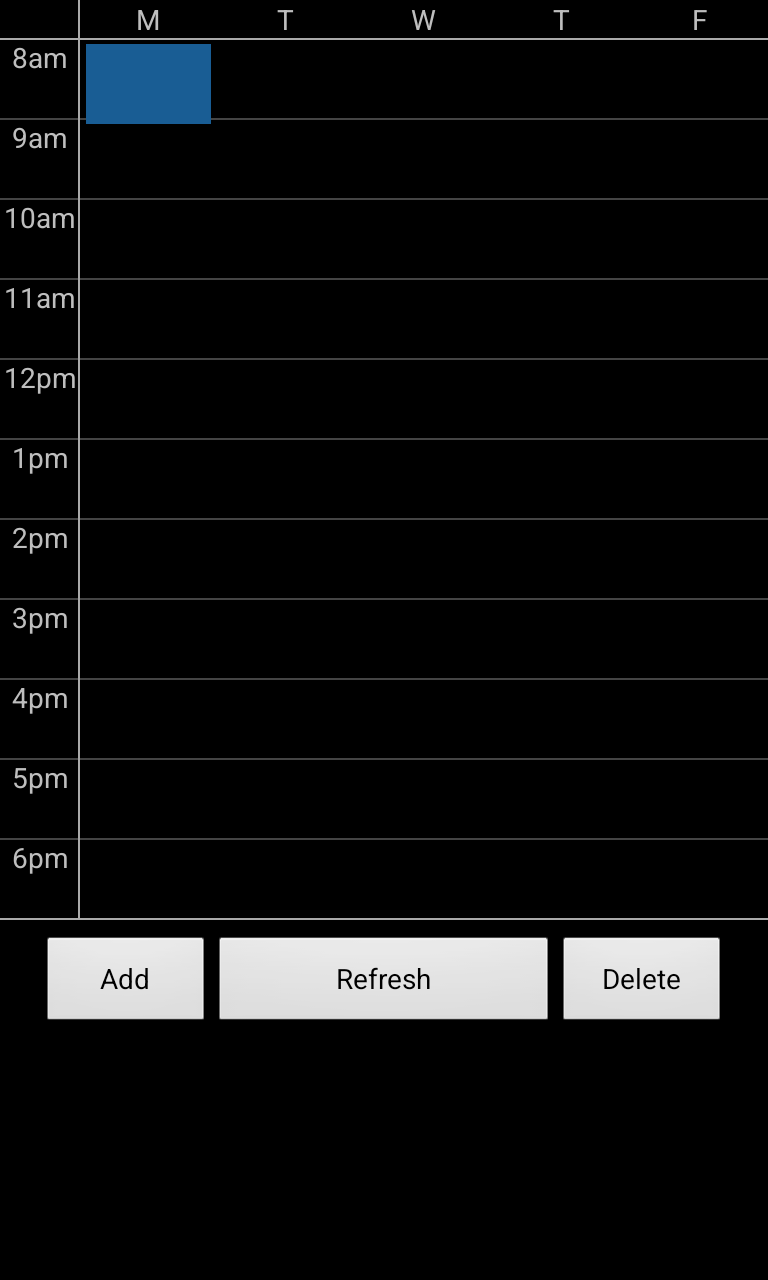
Repository: appsfactory/OfficeHours
Layout: OfficeHoursClient/res/layout/activity_schedule_view.xml
These files come from the project's save history. The layout is drawn as it stood at one moment and after the next save; the edit follows.
It is drawn on a 768 x 1280 px phone screen (xhdpi) without system bars, with theme AppTheme; the app's code is not run.

Above is the layout before, as saved 2012-09-27 17:55:36.

### OfficeHoursClient/res/layout/activity_schedule_view.xml
<?xml version="1.0" encoding="utf-8"?>
<LinearLayout xmlns:android="http://schemas.android.com/apk/res/android"
    android:layout_width="fill_parent"
    android:layout_height="wrap_content"
    android:orientation="vertical" >


    <RelativeLayout
        android:id="@+id/relativeLayout1"
        android:layout_width="match_parent"
        android:layout_height="wrap_content" >

        <TextView android:background="#aaa" android:layout_width = "1dp" android:layout_height="wrap_content" android:layout_marginTop="0dp" android:layout_marginLeft="39dp" android:text=" "/>

		<!-- HEADERS -->
        <LinearLayout
            android:id="@+id/linearLayout1"
            android:layout_width="wrap_content"
            android:layout_height="wrap_content"
            android:layout_alignParentLeft="true"
            android:layout_alignParentRight="true"
            android:layout_alignParentTop="true" >

            <TextView
                android:id="@+id/mon_header"
                android:layout_width="0dp"
                android:layout_height="wrap_content"
                android:layout_marginLeft="40dp"
                android:layout_weight="2"
                android:gravity="center"
                android:text="M" />

            <TextView
                android:id="@+id/tue_header"
                android:layout_width="0dp"
                android:layout_height="wrap_content"
                android:layout_weight="2"
                android:gravity="center"
                android:text="T" />

            <TextView
                android:id="@+id/wed_header"
                android:layout_width="0dp"
                android:layout_height="wrap_content"
                android:layout_weight="2"
                android:gravity="center"
                android:text="W" />

            <TextView
                android:id="@+id/thu_header"
                android:layout_width="0dp"
                android:layout_height="wrap_content"
                android:layout_weight="2"
                android:gravity="center"
                android:text="T" />

            <TextView
                android:id="@+id/fri_header"
                android:layout_width="0dp"
                android:layout_height="wrap_content"
                android:layout_weight="2"
                android:gravity="center"
                android:text="F" />
        </LinearLayout>
    </RelativeLayout>

    <ScrollView
        android:id="@+id/scrollView1"
        android:layout_width="match_parent"
        android:layout_height="wrap_content"
        android:padding="0dp"
        android:scrollbars="none" >"

		<!--  GRID/BORDERS -->
        <RelativeLayout
            android:id="@+id/relativeLayout242"
            android:layout_width="match_parent"
            android:layout_height="wrap_content"
            android:padding="0dp" >



            <View android:background="#aaa" android:layout_width = "fill_parent" android:layout_height="1dp" android:layout_marginTop="0dp" />
            <View android:background="#444" android:layout_width = "fill_parent" android:layout_height="1dp" android:layout_marginTop="40dp"/>
            <View android:background="#444" android:layout_width = "fill_parent" android:layout_height="1dp" android:layout_marginTop="80dp"/>
            <View android:background="#444" android:layout_width = "fill_parent" android:layout_height="1dp" android:layout_marginTop="120dp"/>
            <View android:background="#444" android:layout_width = "fill_parent" android:layout_height="1dp" android:layout_marginTop="160dp"/>
            <View android:background="#444" android:layout_width = "fill_parent" android:layout_height="1dp" android:layout_marginTop="200dp"/>
            <View android:background="#444" android:layout_width = "fill_parent" android:layout_height="1dp" android:layout_marginTop="240dp"/>
            <View android:background="#444" android:layout_width = "fill_parent" android:layout_height="1dp" android:layout_marginTop="280dp"/>
            <View android:background="#444" android:layout_width = "fill_parent" android:layout_height="1dp" android:layout_marginTop="320dp"/>
            <View android:background="#444" android:layout_width = "fill_parent" android:layout_height="1dp" android:layout_marginTop="360dp"/>
            <View android:background="#444" android:layout_width = "fill_parent" android:layout_height="1dp" android:layout_marginTop="400dp"/>
            <View android:background="#aaa" android:layout_width = "fill_parent" android:layout_height="1dp" android:layout_marginTop="440dp"/>
            <View android:background="#aaa" android:layout_width = "1dp" android:layout_height="441dp" android:layout_marginTop="0dp" android:layout_marginLeft="39dp"/>

<!--
            <View android:background="#777" android:layout_width = "fill_parent" android:layout_height="1dp" android:layout_marginTop="20dp"/>
            <View android:background="#777" android:layout_width = "fill_parent" android:layout_height="1dp" android:layout_marginTop="60dp"/>
            <View android:background="#777" android:layout_width = "fill_parent" android:layout_height="1dp" android:layout_marginTop="100dp"/>
            <View android:background="#777" android:layout_width = "fill_parent" android:layout_height="1dp" android:layout_marginTop="140dp"/>
            <View android:background="#777" android:layout_width = "fill_parent" android:layout_height="1dp" android:layout_marginTop="180dp"/>
            <View android:background="#777" android:layout_width = "fill_parent" android:layout_height="1dp" android:layout_marginTop="220dp"/>
            <View android:background="#777" android:layout_width = "fill_parent" android:layout_height="1dp" android:layout_marginTop="260dp"/>
            <View android:background="#777" android:layout_width = "fill_parent" android:layout_height="1dp" android:layout_marginTop="300dp"/>
            <View android:background="#777" android:layout_width = "fill_parent" android:layout_height="1dp" android:layout_marginTop="340dp"/>
            <View android:background="#777" android:layout_width = "fill_parent" android:layout_height="1dp" android:layout_marginTop="380dp"/>
            <View android:background="#777" android:layout_width = "fill_parent" android:layout_height="1dp" android:layout_marginTop="420dp"/> -->


            <LinearLayout
                android:id="@+id/linearLayout2"
                android:layout_width="match_parent"
                android:layout_height="wrap_content"
                android:padding="0dp" >

                <!-- SIDEBAR -->

                <RelativeLayout
                    android:id="@+id/sidebar"
                    android:layout_width="37dp"
                    android:layout_height="wrap_content"
                    android:layout_marginLeft="1.5dp"
                    android:layout_marginRight="1.5dp"
                    android:padding="0dp" >

                    <TextView
                        android:id="@+id/textView10"
                        android:layout_width="match_parent"
                        android:layout_height="wrap_content"
                        android:layout_marginTop="0dp"
                        android:gravity="center"
                        android:text="8am" />

                    <TextView
                        android:id="@+id/textView10"
                        android:layout_width="match_parent"
                        android:layout_height="wrap_content"
                        android:layout_marginTop="40dp"
                        android:gravity="center"
                        android:text="9am" />

                    <TextView
                        android:id="@+id/textView10"
                        android:layout_width="match_parent"
                        android:layout_height="wrap_content"
                        android:layout_marginTop="80dp"
                        android:gravity="center"
                        android:text="10am" />

                    <TextView
                        android:id="@+id/textView10"
                        android:layout_width="match_parent"
                        android:layout_height="wrap_content"
                        android:layout_marginTop="120dp"
                        android:gravity="center"
                        android:text="11am" />

                    <TextView
                        android:id="@+id/textView10"
                        android:layout_width="match_parent"
                        android:layout_height="wrap_content"
                        android:layout_marginTop="160dp"
                        android:gravity="center"
                        android:text="12pm" />

                    <TextView
                        android:id="@+id/textView10"
                        android:layout_width="match_parent"
                        android:layout_height="wrap_content"
                        android:layout_marginTop="200dp"
                        android:gravity="center"
                        android:text="1pm" />

                    <TextView
                        android:id="@+id/textView10"
                        android:layout_width="match_parent"
                        android:layout_height="wrap_content"
                        android:layout_marginTop="240dp"
                        android:gravity="center"
                        android:text="2pm" />

                    <TextView
                        android:id="@+id/textView10"
                        android:layout_width="match_parent"
                        android:layout_height="wrap_content"
                        android:layout_marginTop="280dp"
                        android:gravity="center"
                        android:text="3pm" />

                    <TextView
                        android:id="@+id/textView10"
                        android:layout_width="match_parent"
                        android:layout_height="wrap_content"
                        android:layout_marginTop="320dp"
                        android:gravity="center"
                        android:text="4pm" />

                    <TextView
                        android:id="@+id/textView10"
                        android:layout_width="match_parent"
                        android:layout_height="wrap_content"
                        android:layout_marginTop="360dp"
                        android:gravity="center"
                        android:text="5pm" />

                    <TextView
                        android:id="@+id/textView10"
                        android:layout_width="match_parent"
                        android:layout_height="wrap_content"
                        android:layout_marginTop="400dp"
                        android:gravity="center"
                        android:text="6pm" />
                </RelativeLayout>

                <RelativeLayout
                    android:id="@+id/relativeLayout3"
                    android:layout_width="0dp"
                    android:layout_height="match_parent"
                    android:layout_weight="14"
                    android:padding="0dp" >

                    <LinearLayout
                        android:id="@+id/linearLayout3"
                        android:layout_width="match_parent"
                        android:layout_height="wrap_content"
                        android:layout_alignParentLeft="true"
                        android:layout_alignParentRight="true"
                        android:layout_alignParentTop="true"
                        android:padding="0dp" >


                        <!-- COLUMNS -->
                        <RelativeLayout
                            android:id="@+id/moncolumn"
                            android:layout_width="0dp"
                            android:layout_height="match_parent"
                            android:layout_weight="1" >

							<View android:background="#195D94" android:layout_width = "fill_parent" android:layout_height="40dp" android:layout_margin="3dp"/>

                        </RelativeLayout>

                        <RelativeLayout
                            android:id="@+id/tuecolumn"
                            android:layout_width="0dp"
                            android:layout_height="match_parent"
                            android:layout_weight="1" >

                        </RelativeLayout>

                        <RelativeLayout
                            android:id="@+id/wedcolumn"
                            android:layout_width="0dp"
                            android:layout_height="match_parent"
                            android:layout_weight="1" >

                        </RelativeLayout>

                        <RelativeLayout
                            android:id="@+id/thucolumn"
                            android:layout_width="0dp"
                            android:layout_height="match_parent"
                            android:layout_weight="1" >

                        </RelativeLayout>

                        <RelativeLayout
                            android:id="@+id/fricolumn"
                            android:layout_width="0dp"
                            android:layout_height="match_parent"
                            android:layout_weight="1" >

                            <Button
                                android:id="@+id/button1"
                                android:layout_width="fill_parent"
                                android:layout_height="180dp"
                                android:layout_marginTop="480dp"
                                android:text="Some Event" />

                        </RelativeLayout>

                    </LinearLayout>
                </RelativeLayout>
            </LinearLayout>
        </RelativeLayout>
    </ScrollView>

    <LinearLayout
        android:id="@+id/footer"
        android:layout_width="match_parent"
        android:layout_height="wrap_content"
        android:padding="0dp"
        android:layout_marginTop="7.5dp"
        android:layout_marginLeft="20dp"
        android:layout_marginRight="20dp" >

        <Button
            android:id="@+id/addbutton"
            android:layout_width="0dp"
            android:layout_height="fill_parent"
            android:layout_weight="1"
            android:text="Add" />
        <Button
            android:id="@+id/addbutton"
            android:layout_width="0dp"
            android:layout_height="fill_parent"
            android:layout_weight="2"
            android:text="Refresh" />
        <Button
            android:id="@+id/addbutton"
            android:layout_width="0dp"
            android:layout_height="fill_parent"
            android:layout_weight="1"
            android:text="Delete" />

    </LinearLayout>

</LinearLayout>

### OfficeHoursClient/res/values/styles.xml
<resources>

    <style name="AppTheme" parent="android:Theme.Black.NoTitleBar" />

</resources>

After the next save:
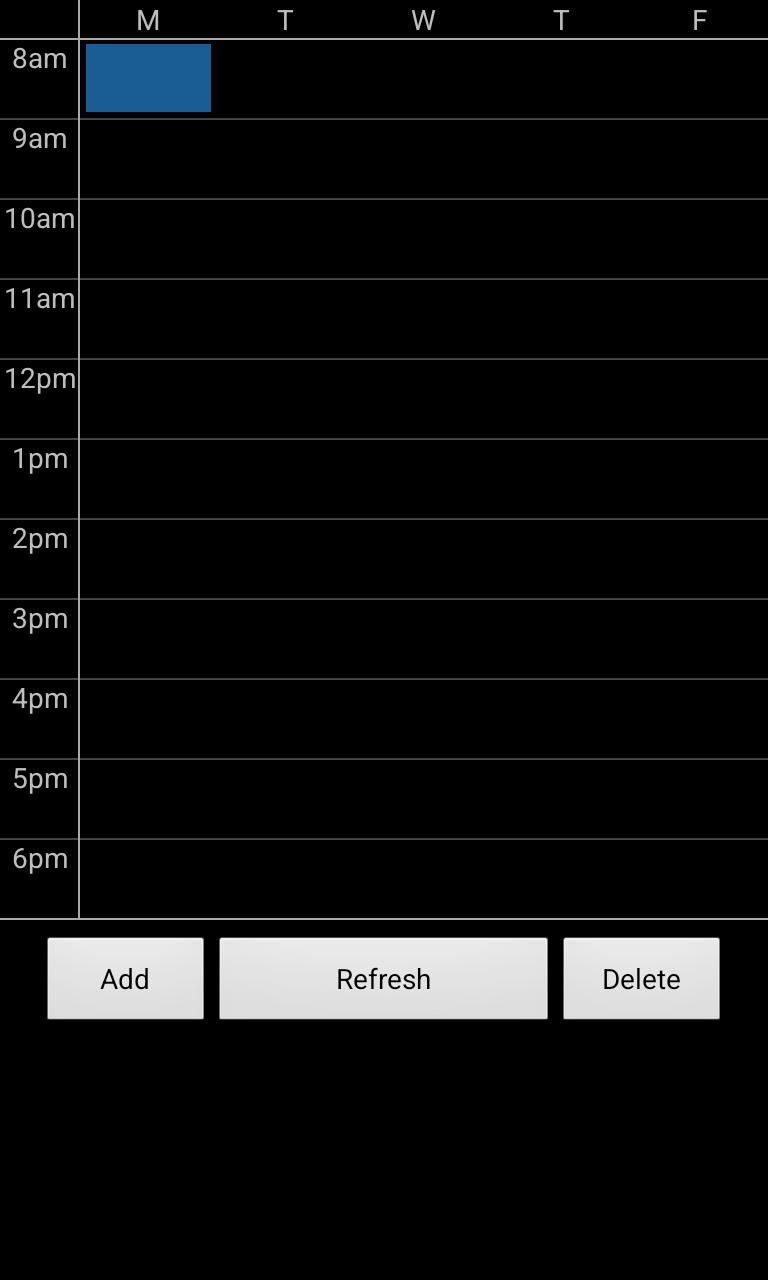
Saved 20 s later.
--- a/OfficeHoursClient/res/layout/activity_schedule_view.xml
+++ b/OfficeHoursClient/res/layout/activity_schedule_view.xml
@@ -237,7 +237,7 @@
                             android:layout_height="match_parent"
                             android:layout_weight="1" >
 
-							<View android:background="#195D94" android:layout_width = "fill_parent" android:layout_height="40dp" android:layout_margin="3dp"/>
+							<View android:background="#195D94" android:layout_width = "fill_parent" android:layout_height="34dp" android:layout_margin="3dp"/>
 
                         </RelativeLayout>
 
